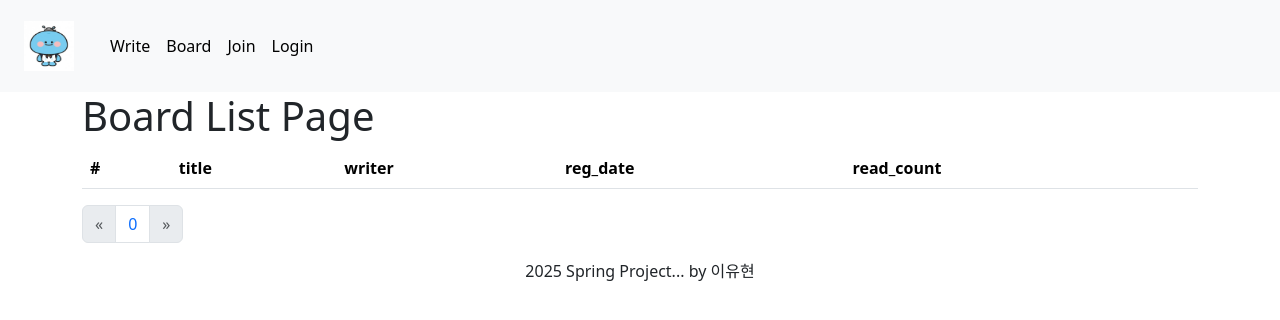
Repository: LeeYouHyeon/6.Spring
Page: http://localhost/spring_project/WEB-INF/views/board/list.jsp
An editor plug-in stored every save of this project. The page is shown before and after a run of saves, followed by the edit.
The browser window is 1280 px wide. The pictures show the whole page.
The page is served by Tomcat 9. Nobody is signed in. Other server files are loaded and not shown. The template is opened directly, without the code that normally fills it, so the values that code supplies are empty.

Above is the page before, as saved 2025-06-02 06:09:19.
Console error: TypeError: Cannot read properties of null (reading 'addEventListener')

### spring_project/src/main/webapp/WEB-INF/views/board/list.jsp
<%@ page language="java" contentType="text/html; charset=UTF-8" pageEncoding="UTF-8"%>
<%@ include file="../layout/header.jsp"%>
<%@ taglib uri="http://java.sun.com/jsp/jstl/core" prefix="c"%>

<div class="container-md">
	<h1>Board List Page</h1>
	<table class="table">
		<thead>
			<tr>
				<th scope="col">#</th>
				<th scope="col">title</th>
				<th scope="col">writer</th>
				<th scope="col">reg_date</th>
				<th scope="col">read_count</th>
			</tr>
		</thead>
		<tbody>
			<c:forEach items="${list}" var="bvo">
				<tr>
					<th scope="row">${bvo.bno}</th>
					<td>
						<a href="/board/detail?bno=${bvo.bno}">${bvo.title}</a>
					</td>
					<td>${bvo.writer}</td>
					<td>${bvo.regDate}</td>
					<td>${bvo.readCount}</td>
				</tr>
			</c:forEach>
		</tbody>
	</table>

	<!-- paging area -->
	<nav aria-label="Page navigation example">
		<ul class="pagination">
			<!-- 이전 -->
			<li class="page-item">
				<a class="page-link ${ph.prev ? '' : 'disabled'}"
					href="/board/list?pageNo=${ph.startPage - 1}&qty=${ph.pgvo.qty}"
					aria-label="Previous">
					<span aria-hidden="true">&laquo;</span>
				</a>
			</li>

			<c:forEach var="i" begin="${ph.startPage}" end="${ph.endPage}">
				<li class="page-item">
					<a class="page-link ${ph.pgvo.pageNo == i ? 'active' : ''}"
						href="/board/list?pageNo=${i}&qty=${ph.pgvo.qty}">${i}</a>
				</li>
			</c:forEach>

			<li class="page-item">
				<a class="page-link ${ph.next ? '' : 'disabled'}"
					href="/board/list?pageNo=${ph.endPage + 1}&qty=${ph.pgvo.qty}"
					aria-label="Next">
					<span aria-hidden="true">&raquo;</span>
				</a>
			</li>
		</ul>
	</nav>
</div>

<%@ include file="../layout/footer.jsp"%>

### spring_project/src/main/webapp/WEB-INF/views/layout/header.jsp
<%@ page language="java" contentType="text/html; charset=UTF-8" pageEncoding="UTF-8"%>
<%@ taglib uri="http://java.sun.com/jsp/jstl/core" prefix="c" %>
<%@ taglib uri="http://www.springframework.org/security/tags" prefix="sec" %>
<!DOCTYPE html>
<html>
<head>
<meta charset="UTF-8">
<sec:csrfMetaTags/>
<meta name="_csrf" content="CSRF_token_VALUE">
<meta name="_csrf.header" content="X-CSRF-TOKEN">
<title>Spring Project</title>
<link rel="stylesheet" href="/resources/dist/css/bootstrap.min.css">
<script type="text/javascript" src="/resources/dist/js/bootstrap.bundle.min.js"></script>
</head>
<body>
	<nav class="navbar navbar-expand-lg bg-body-tertiary">
		<div class="container-fluid">
			<nav class="navbar bg-body-tertiary">
				<div class="container">
					<a class="navbar-brand" href="/">
						<img src="/resources/image/logo.jpg" alt="Bootstrap" width="50" height="50">
					</a>
				</div>
			</nav>
			<button class="navbar-toggler"
				type="button"
				data-bs-toggle="collapse"
				data-bs-target="#navbarSupportedContent"
				aria-controls="navbarSupportedContent"
				aria-expanded="false"
				aria-label="Toggle navigation">
				<span class="navbar-toggler-icon"></span>
			</button>
			<div class="collapse navbar-collapse" id="navbarSupportedContent">
				<ul class="navbar-nav me-auto mb-2 mb-lg-0">
					<li class="nav-item">
						<a class="nav-link active" aria-current="page" href="/board/register">Write</a>
					</li>
					<li class="nav-item">
						<a class="nav-link active" aria-current="page" href="/board/list">Board</a>
					</li>
					<sec:authorize access="isAnonymous()">
						<li class="nav-item">
							<a class="nav-link active" aria-current="page" href="/user/register">Join</a>
						</li>
						<li class="nav-item">
							<a class="nav-link active" aria-current="page" href="/user/login">Login</a>
						</li>
					</sec:authorize>
					<sec:authorize access="isAuthenticated()">
						<!-- 인증객체가 만들어진 상태(로그인) -->
						<!-- 인증 객체를 가져오기 => 현재 로그인 정보 : property="principal" -->
						<sec:authentication property="principal" var="pri"/>
						<li class="nav-item">
							<form action="/user/logout" method="post" id="logoutForm">
								<!-- CSRF -->
								<input type="hidden" name="${_csrf.parameterName}" value="${_csrf.token}">

								<a class="nav-link active" aria-current="page" id="logoutLink">Logout</a>
							</form>
						</li>
						<li class="nav-item">
							<a class="nav-link active" aria-current="page" href="/user/info">UserInfo</a>
						</li>
						<c:if test="${pri.uvo.authList.stream().anyMatch(a -> a.auth.equals('ROLE_ADMIN')).get()}">
						<li class="nav-item">
							<a class="nav-link active" aria-current="page" href="/user/list">UserList</a>
						</li>
						</c:if>
					</sec:authorize>
				</ul>
			</div>
		</div>
	</nav>

	<script type="text/javascript">
		document.getElementById('logoutLink').addEventListener('click', e => {
			  e.preventDefault();
			  document.getElementById('logoutForm').submit();
		});
	</script>

### spring_project/src/main/webapp/WEB-INF/views/layout/footer.jsp
<%@ page language="java" contentType="text/html; charset=UTF-8"
	pageEncoding="UTF-8"%>

<div class="text-center">2025 Spring Project... by 이유현</div>
</body>
</html>

Loaded but not shown: spring_project/src/main/webapp/resources/dist/css/bootstrap.min.css (library); spring_project/src/main/webapp/resources/dist/js/bootstrap.bundle.min.js (library)

After the next 2 saves:
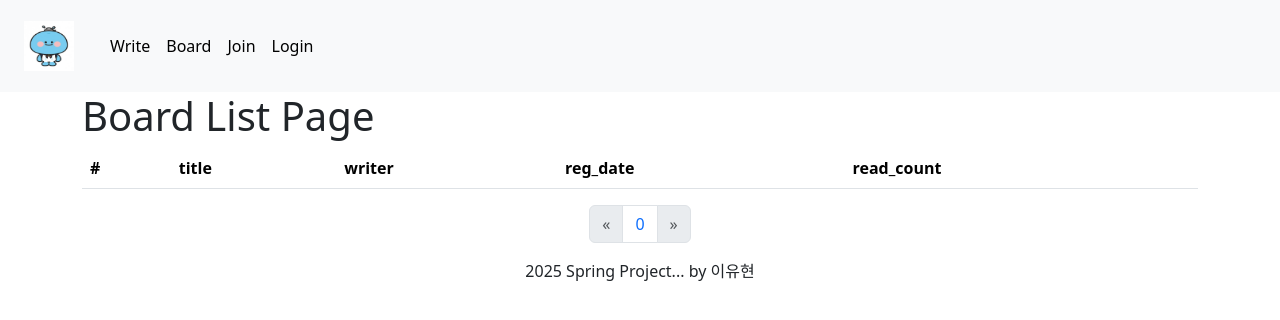
The 2 saves are shown as one change because they came seconds apart.
The last was saved 52 s later.
--- a/spring_project/src/main/webapp/WEB-INF/views/board/list.jsp
+++ b/spring_project/src/main/webapp/WEB-INF/views/board/list.jsp
@@ -31,7 +31,7 @@
 
 	<!-- paging area -->
 	<nav aria-label="Page navigation example">
-		<ul class="pagination">
+		<ul class="pagination justify-content-center">
 			<!-- 이전 -->
 			<li class="page-item">
 				<a class="page-link ${ph.prev ? '' : 'disabled'}"
